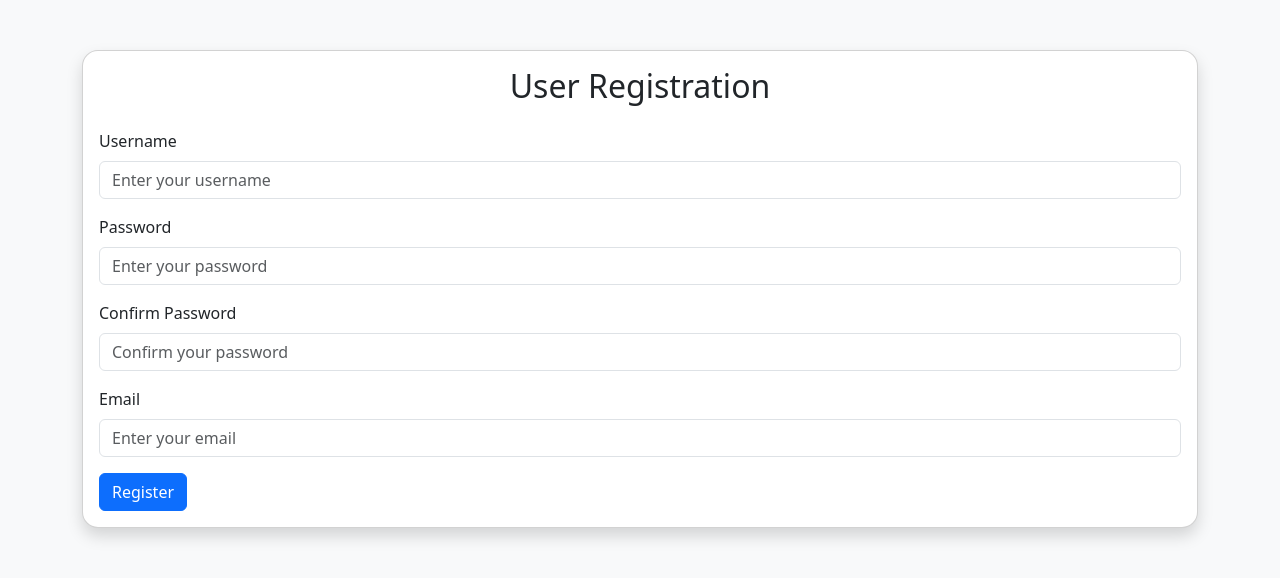
Repository: Abdulahi338/Book-management-system
Page: http://localhost/libray/register.php
An editor plug-in stored every save of this project. The page is shown before and after the next save, followed by the edit.
The browser window is 1280 px wide. The pictures show the whole page.
The page is run by PHP 8.4 with error messages shown; the project is at /var/www/html/.

Above is the page before, as saved 2024-08-22 16:33:03.

After the next save:
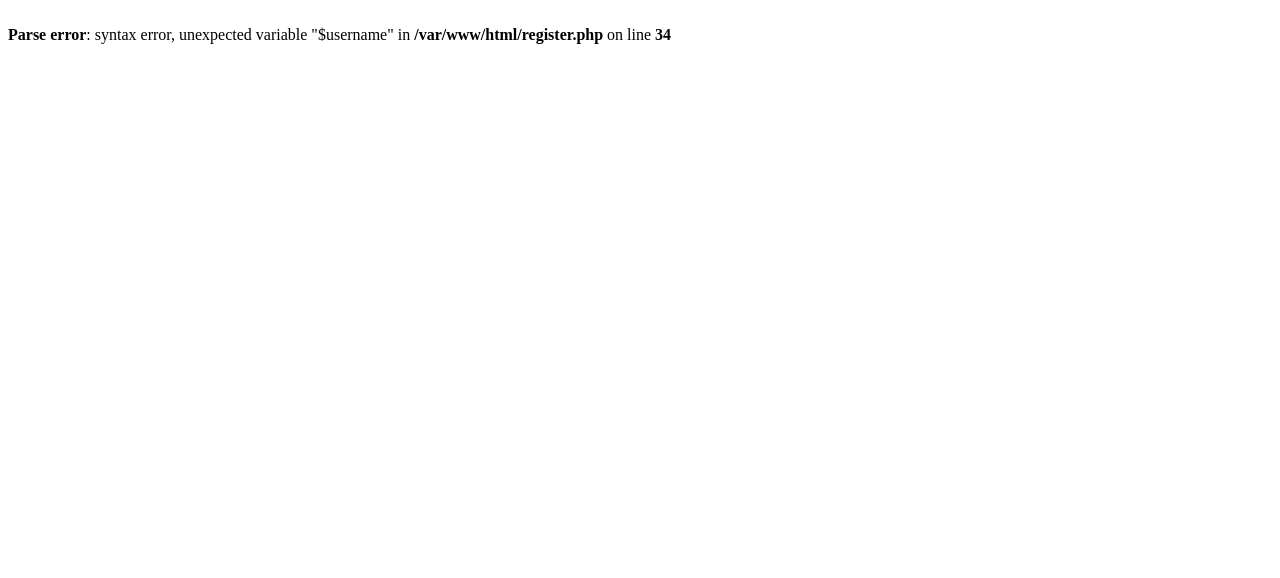
Saved 4 s later.
--- a/register.php
+++ b/register.php
@@ -31,7 +31,7 @@
         $mail->Subject = "Here  is your Email";
         $mail->Body = '<html>
 <body>
-  <p>Hi"$username",</p>
+  <p>Hi'$username',</p>
   <p>Please verify your email address by clicking the button below:</p>
   <a href="http://localhost/libray%20system/verify.php?token='.$code.'" style="background-color: #4CAF50; color: white; padding: 15px 25px; text-align: center; text-decoration: none; display: inline-block; font-size: 16px; margin: 4px 2px; cursor: pointer;">Verify Email</a>
 </body>
